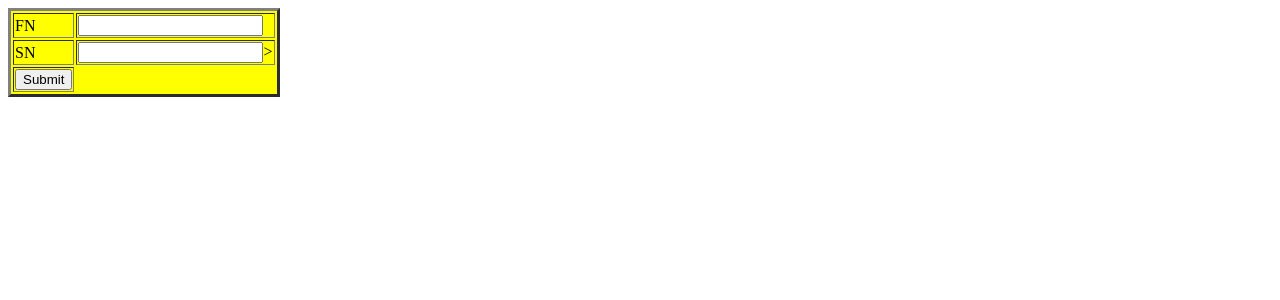
Repository: nadeem-fullstack-developer/jsp
Page: http://localhost/BRESTWebCL/home.jsp
The author's editor kept a copy of each file at every save. The page is drawn from the files as they stood at one save, then again after the next save.
The browser window is 1280 px wide. The pictures show the whole page.
The page is served by Tomcat 9.

Above is the page before, as saved 2024-06-16 04:58:49.

After the next save:
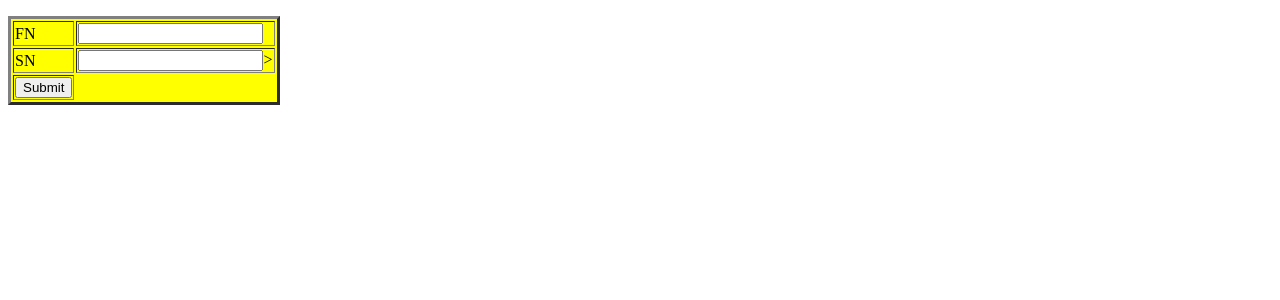
Saved 83 s later.
--- a/BRESTWebCL/src/main/webapp/home.jsp
+++ b/BRESTWebCL/src/main/webapp/home.jsp
@@ -55,7 +55,7 @@
 
 				<td><input type="submit" name="SUM"></td>
 			</tr>
-
+<p id="tt"></p>
 		</table>
 	</form>
 </body>
